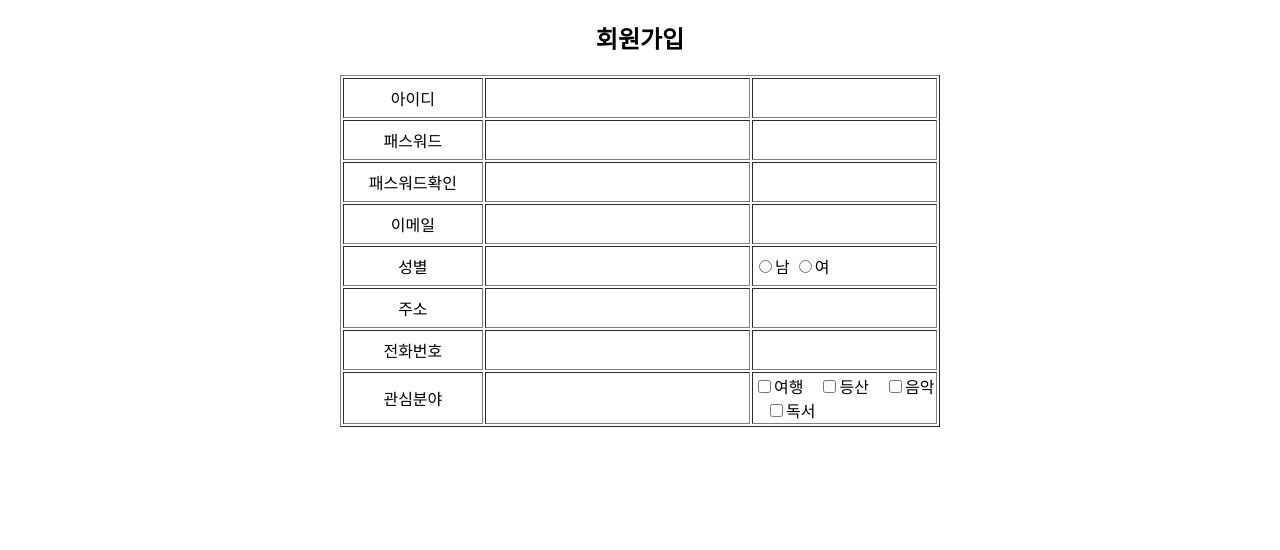
Repository: topblame/Bootcamp
Page: http://localhost/JSP_250408/chapter01/02_member.jsp
The author's editor kept a copy of each file at every save. The page is drawn from the files as they stood at one save, then again after the next save.
The browser window is 1280 px wide. The pictures show the whole page.
The page is served by Tomcat 9. Other server files are loaded and not shown.

Above is the page before, as saved 2025-06-24 03:53:14.

### WebMvc/JSP_250408/src/main/webapp/chapter01/02_member.jsp
<%@ page language="java" contentType="text/html; charset=UTF-8"
	pageEncoding="UTF-8"%>
<!DOCTYPE html PUBLIC "-//W3C//DTD HTML 4.01 Transitional//EN" "http://www.w3.org/TR/html4/loose.dtd">

<html>
<head>
<meta charset="UTF-8">
<title>Insert title here</title>
</head>
<body>
	<center>
		<h2>회원가입</h2>
		<form action="MemberJoinProc.jsp">
			<table width="600" border="1">
				<tr height="40">
					<td width="200" align="center">아이디</td>
					<td width = "400" align = "left"></td>
					<td>
						<input type="text" name="id" style="border: none; outline: none;">
					</td>
				</tr>

				<tr height="40">
					<td width="200" align="center">패스워드</td>
					<td width = "400" align = "left"></td>
					<td>
						<input type="password" name="pass1" style="border: none; outline: none;">
					</td>
				</tr>

				<tr height="40">
					<td width="200" align="center">패스워드확인</td>
					<td width = "400" align = "left"></td>
					<td>
						<input type="password" name="pass2" style="border: none; outline: none;">
					</td>
				</tr>

				<tr height="40">
					<td width="200" align="center">이메일</td>
					<td width = "400" align = "left"></td>
					<td>
						<input type="email" name="email" style="border: none; outline: none;">
					</td>
				</tr>

				<tr height="40">
					<td width="200" align="center">성별</td>
					<td width = "400" align = "left"></td>
					<td>
						<input type="radio" name= "gender" value = "남">남
						<input type="radio" name= "gender" value = "여">여
					</td>
				</tr>

				<tr height="40">
					<td width="200" align="center">주소</td>
					<td width = "400" align = "left"></td>
					<td>
						<input type="text" name= "address" style="border: none; outline: none;">

					</td>
				</tr>

				<tr height="40">
					<td width="200" align="center">전화번호</td>
					<td width = "400" align = "left"></td>
					<td>
						<input type="phone" name= "phone" style="border: none; outline: none;">

					</td>
				</tr>

				<tr height="40">
					<td width="200" align="center">관심분야</td>
					<td width = "400" align = "left"></td>
					<td>
						<input type="checkbox" name= "hobby" value = "여행">여행 &nbsp;&nbsp;
						<input type="checkbox" name= "hobby" value = "등산">등산 &nbsp;&nbsp;
						<input type="checkbox" name= "hobby" value = "음악">음악 &nbsp;&nbsp;
						<input type="checkbox" name= "hobby" value = "독서">독서 &nbsp;&nbsp;

					</td>
				</tr>

			</table>
		</form>
	</center>
</body>
</html>

After the next save:
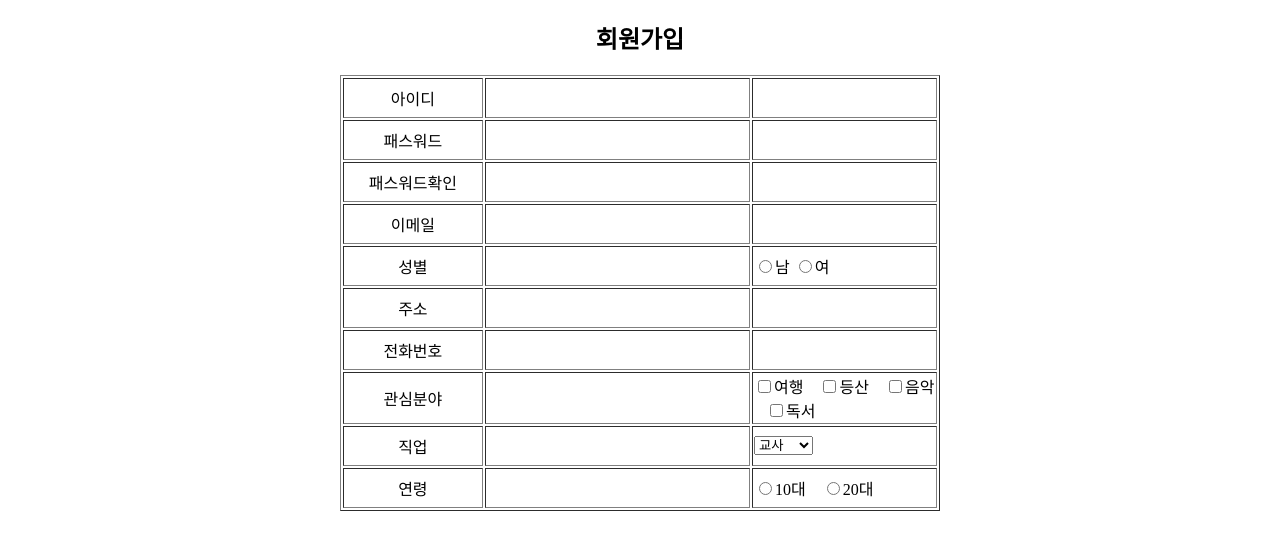
Saved 3 min 36 s later.
--- a/WebMvc/JSP_250408/src/main/webapp/chapter01/02_member.jsp
+++ b/WebMvc/JSP_250408/src/main/webapp/chapter01/02_member.jsp
@@ -79,7 +79,29 @@
 						<input type="checkbox" name= "hobby" value = "등산">등산 &nbsp;&nbsp;
 						<input type="checkbox" name= "hobby" value = "음악">음악 &nbsp;&nbsp;
 						<input type="checkbox" name= "hobby" value = "독서">독서 &nbsp;&nbsp;
+					</td>
+				</tr>
 
+				<tr height="40">
+					<td width="200" align="center">직업</td>
+					<td width = "400" align = "left"></td>
+					<td>
+						<select name = "job">
+						<option value = "교사">교사</option>
+						<option value = "유튜버">유튜버</option>
+						<option value = "의사">의사</option>
+						<option value = "기술사">기술사</option>
+						</select>
+					</td>
+				</tr>
+
+				<tr height="40">
+					<td width="200" align="center">연령</td>
+					<td width = "400" align = "left"></td>
+					<td>
+						<input type="radio" name= "age" value = "10">10대 &nbsp;&nbsp;
+						<input type="radio" name= "age" value = "20">20대 &nbsp;&nbsp;
+						</select>
 					</td>
 				</tr>
 
